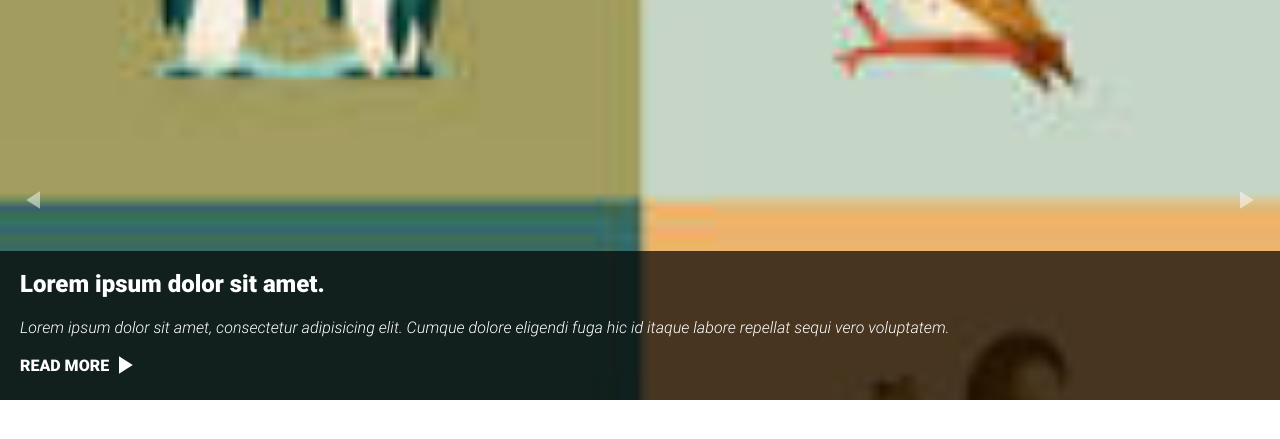
Repository: karolina-rachuta/slider
Page: index.html
The author's editor kept a copy of each file at every save. The page is drawn from the files as they stood at one save, then again after the next save.
The browser window is 1280 px wide. The pictures show the whole page.

Above is the page before, as saved 2024-08-13 12:18:50.

### index.html
<!doctype html>
<html lang="en">
<head>
    <meta charset="UTF-8">
    <meta name="viewport"
          content="width=device-width, user-scalable=no, initial-scale=1.0, maximum-scale=1.0, minimum-scale=1.0">
    <meta http-equiv="X-UA-Compatible" content="ie=edge">
    <title>Document</title>
    <link rel="preconnect" href="https://fonts.googleapis.com">
    <link rel="preconnect" href="https://fonts.gstatic.com" crossorigin>
    <link href="https://fonts.googleapis.com/css2?family=Roboto:wght@300;500&display=swap" rel="stylesheet">
    <link rel="stylesheet" href="src/styles/normalize.css">
    <link rel="stylesheet" href="src/styles/slider.css">
</head>
<body>
<section class="slider">
    <div class="slider__slides">
        <div class="slider__slide">
            <div class="slider__box">
                <h2 class="slider__hdl">Lorem ipsum dolor.</h2>
                <p class="slider__lead">Lorem ipsum dolor sit amet, consectetur adipisicing elit. Dicta,
                    exercitationem.</p>
                <a href="" class="slider__link">Read more</a>
            </div>
        </div>
        <div class="slider__slide">
            <div class="slider__box">
                <h2 class="slider__hdl">Lorem ipsum dolor sit amet.</h2>
                <p class="slider__lead">Lorem ipsum dolor sit amet, consectetur adipisicing elit. Cumque dolore eligendi
                    fuga hic id itaque labore repellat sequi vero voluptatem.</p>
                <a href="" class="slider__link">Read more</a>
            </div>
        </div>

        <div class="slider__slide">
            <div class="slider__box">
                <h2 class="slider__hdl">Lorem ipsum dolor sit.</h2>
                <p class="slider__lead">Lorem ipsum dolor sit amet, consectetur adipisicing elit. Molestias,
                    voluptas!</p>
                <a href="" class="slider__link">Read more</a>
            </div>
        </div>
    </div>
    <nav class="slider__nav">
        <button class="slider__btn">Prev</button>
        <button class="slider__btn slider__btn--next">Next</button>
    </nav>
</section>
</body>
</html>

### src/styles/slider.css
:root {
    --sliderHeight: 400px;
}

@font-face {
    font-family: 'Roboto Black';
    src: url('../fonts/roboto-black-webfont.woff2') format('woff2');
    font-weight: normal;
    font-style: normal;
}

@font-face {
    font-family: 'Roboto Light Italic';
    src: url('../fonts/roboto-lightitalic-webfont.woff2') format('woff2');
    font-weight: normal;
    font-style: normal;
}

@keyframes slide-1 {
    0% {
        left: 0;
    }
    20% {
        left: 0;
    }
    40% {
        left: -100%;
    }
    60% {
        left: -100%;
    }
    80% {
        left: -200%;
    }
    100% {
        left: -200%;
    }
}

@keyframes slide-2 {
    0% {
        left: 100%;
    }
    20% {
        left: 100%;
    }
    40% {
        left: 0;
    }
    60% {
        left: 0;
    }
    80% {
        left: -100%;
    }
    100% {
        left: -100%;
    }
}

@keyframes slide-3 {
    0% {
        left: 200%;
    }
    20% {
        left: 200%;
    }
    40% {
        left: 100%;
    }
    60% {
        left: 100%;
    }
    80% {
        left: 0;
    }
    100% {
        left: 0;
    }
}

.slider {
    background-color: peru;
    overflow: hidden;
    width: 100%;
    min-height: var(--sliderHeight);
    position: relative;
}

.slider .slider__slides {
    position: relative;
}

.slider .slider__slide {
    width: 100%;
    min-height: var(--sliderHeight);
    position: absolute;
    top: 0;
    background-repeat: no-repeat;
    background-position: center;
    background-size: cover;
    animation-duration: 10s;
    animation-iteration-count: infinite;
    animation-direction: alternate;
}

.slider .slider__slide:first-child {
    background-image: url("../images/slide-1.jpeg");
    left: 0;
    /*    to jest left na position absolute*/
    animation-name: slide-1;

}

.slider .slider__slide:nth-child(2) {
    background-image: url("../images/slide-4.jpeg");
    left: 100%;
    animation-name: slide-2;
}

.slider .slider__slide:last-child {
    background-image: url("../images/slide-3.jpeg");
    left: 200%;
    animation-name: slide-3;
}

.slider .slider__box {
    position: absolute;
    bottom: 0;
    /*    tekst nie moze sie sklejac z ramka, dajemy padding*/
    padding: 20px;
    width: 100%;
    /*    szerokosc jest szerokoscia rodzica, ale to tylko 100% content, wiec nie widzimy paadingu z prawej*/
    box-sizing: border-box;
    background-color: rgba(0, 0, 0, 0.7);
    /*wysokosc tego bkg color zalezy od ilosci tekstu*/
    color: white;
    /*o robi tlo backgroundu i czcionki*/
    /*font-family: 'Roboto', sans-serif;*/
    /*    wybiera czcionki od lewej do prawej*/
}

.slider .slider__hdl {

    font-family: 'Roboto Black', sans-serif;
    /*font-weight: 500;*/
    margin-top: 0;
    /*  aby wyrownac tekst*/
}

.slider .slider__lead {
    font-family: 'Roboto Light Italic', sans-serif;
    /*font-weight: 300;*/
}

.slider .slider__link {
    color: inherit;
    font-family: 'Roboto Black', sans-serif;
    /*font-weight: 500;*/
    text-decoration: none;
    text-transform: uppercase;
    /*    czemu nie dziedziczy koloru po rodzicu, color:white; bo ma swoj by default, robimy aby dziedziczyl od rodzicow by inherit*/
}

/*.slider .slider__link::before {*/
/*    content: "before text";*/
/*}*/
/*!*trzeba wpisac content!*!*/

.slider .slider__link::after {
    content: " ";
    background-image: url("../images/read-more-item.svg");
    width: 30px;
    height: 30px;
    display: inline-block;
    background-size: contain;
    vertical-align: middle;
    margin-top: -3px;
}

/*trzeba wpisac content!*/
/*ta ikonka dziala jako background, wiec aby sie nie powtrzala to no repeat*/

.slider .slider__nav {
    z-index: 10;
    position: absolute;
    /*    z index nie dziala z position static*/
    top: 50%;
    transform: translateY(-50%);
    /*    w slider dalismy position relative, bo potrzebuje rodzica wzgledem ktorego bedzie dzialac*/
    width: 100%;
}

.slider .slider__btn {
    margin: 20px;
    border: none;
    width: 30px;
    height: 30px;
    background: url("../images/read-more-item.svg") no-repeat;
    /*option i enter, robi shorthand*/
    background-size: contain;
    overflow: hidden;
    text-indent: -999px;
    /*    akapit, wciecie, ale napisy sa nadal w hyml wiec jak jest ten voice reader to przeczyta*/
    /*    wszytsko co nie miesci sie za dzieckiem zostaje odciete- dziurka od klucza*/
    transform: rotate(180deg);
    cursor: pointer;
    opacity: 0.5;
    transition: all 400ms ease-in-out;

}

.slider .slider__btn.slider__btn--next {
    position: absolute;
    right: 0;
    transform: rotate(0);
}

.slider .slider__btn:hover {
    opacity: 1;
    transform: scale(2) rotate(180deg);
}

.slider .slider__btn.slider__btn--next:hover {
    transform: scale(2) rotate(0);
}

Loaded but not shown: src/styles/normalize.css (library)

After the next save:
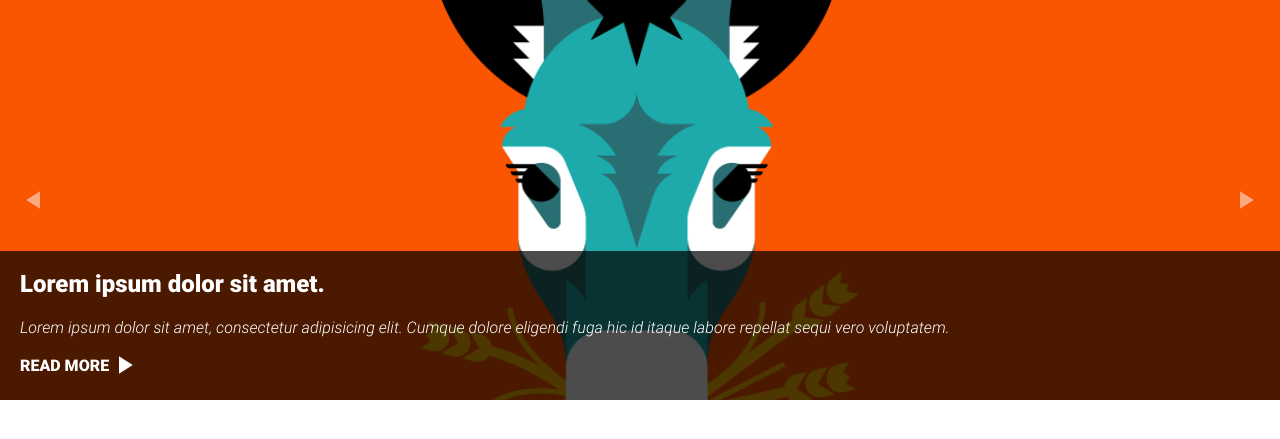
Saved 10 s later.
--- a/src/styles/slider.css
+++ b/src/styles/slider.css
@@ -113,7 +113,7 @@
 }
 
 .slider .slider__slide:nth-child(2) {
-    background-image: url("../images/slide-4.jpeg");
+    background-image: url("../images/slide-2.gif");
     left: 100%;
     animation-name: slide-2;
 }
